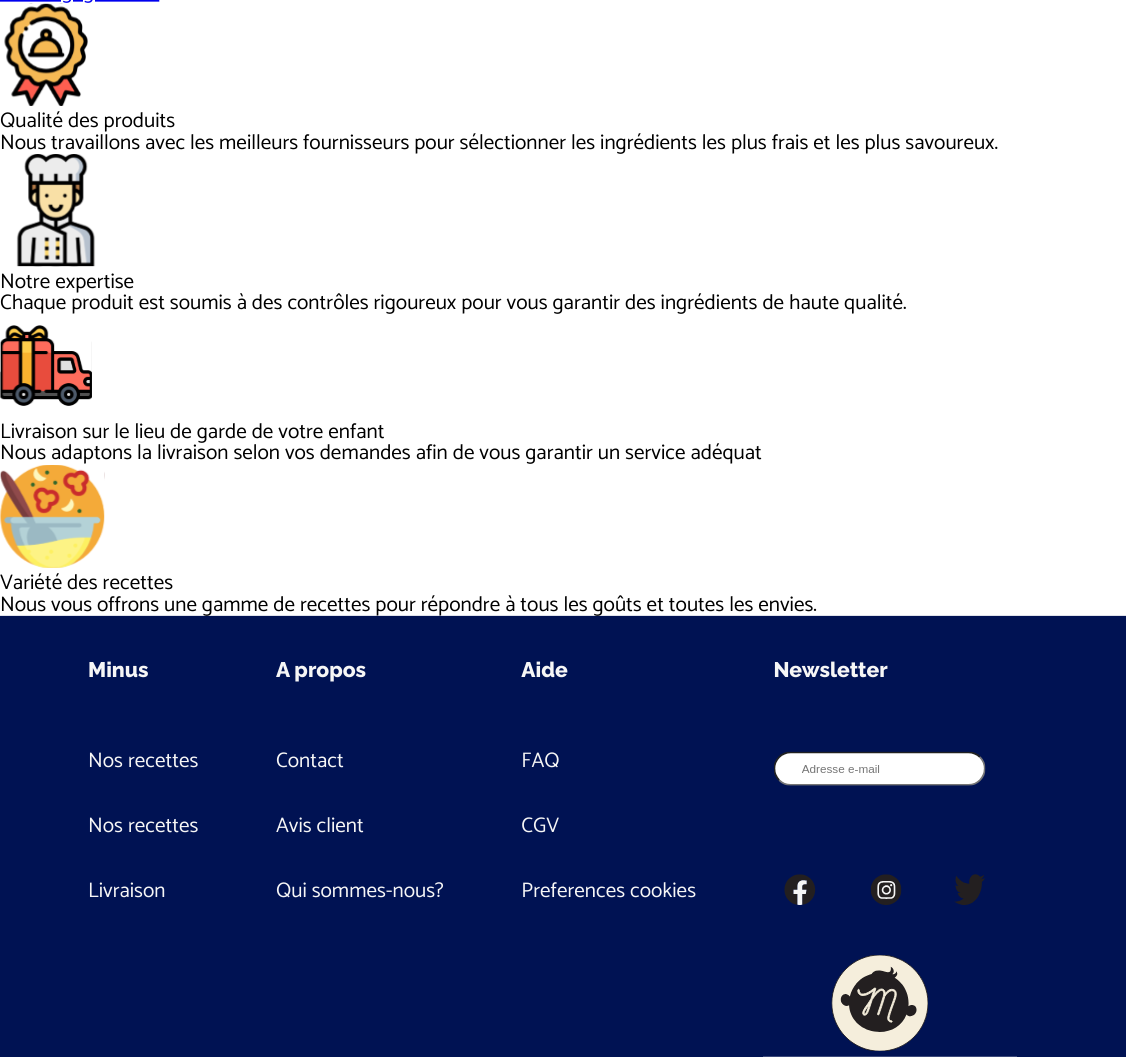
Repository: minus-team7/minus_team7
Page: minus_homepage.html
An editor plug-in stored every save of this project. The page is shown before and after a run of saves, followed by the edit.
The browser window is 1280 px wide. The pictures show the part of the page from y = 326 to 1527 px (the page is 1527 px tall before and 1098 px after), at 88% of full size.
A picture or video elsewhere on the page could not be fetched, so the positions and the page height are approximate.

Above is the page before, as saved 2023-02-12 22:17:20.

### minus_homepage.html
<!DOCTYPE html>
<html lang="en">
<head>
    <meta charset="UTF-8">
    <meta http-equiv="X-UA-Compatible" content="IE=edge">
    <meta name="viewport" content="width=device-width, initial-scale=1.0">
    <link rel="preconnect" href="https://fonts.googleapis.com">
    <link rel="preconnect" href="https://fonts.gstatic.com" crossorigin>
    <link href="https://fonts.googleapis.com/css2?family=Catamaran:wght@100;200;300;400;500;700&family=Raleway:ital,wght@0,100;0,400;0,600;0,800;1,100&display=swap" rel="stylesheet">
    <link rel="stylesheet" href="reset.css">
    <link rel="stylesheet" href="minus_homepage.css">
    <title>Document</title>

</head>
<body>

    <div class="box">
        <img src="/assets/homepage_boxminus.svg" alt="homepage_boxminus">
    </div>

    <div class="bouton">
        <a href="#">Nos engagements</a>
    </div>
    <section class="nos-engagements">

        <div class="engagement">
            <img src="/assets/engagement_icone_qualite_produits.svg" alt="engagement_icone_qualite_produits">
            <h2>Qualité des produits</h2>
            <p>Nous travaillons avec les meilleurs fournisseurs pour sélectionner les ingrédients les plus frais et les plus savoureux.</p>
        </div>

        <div class="engagement">
            <img src="/assets/icone_notreexpertise_chef.svg" alt="icone_notreexpertise_chef">
            <h2>Notre expertise</h2>
            <p>Chaque produit est soumis à des contrôles rigoureux pour vous garantir des ingrédients de haute qualité.</p>
        </div>

        <div class="engagement">
            <img src="/assets/icone_livraison_camion.svg" alt="icone_livraison_camion">
            <h2>Livraison sur le lieu de garde de votre enfant</h2>
            <p>Nous adaptons la livraison selon vos demandes afin de vous garantir un service adéquat</p>
        </div>

        <div class="engagement">
            <img src="/assets/icone_varietes_recettes_bolcuisine.svg" alt="icone_varietes_recettes_bolcuisine">
            <h2>Variété des recettes</h2>
            <p> Nous vous offrons une gamme de recettes pour répondre à tous les goûts et toutes les envies.</p>
        </div>

    </section>

    <!-- footer  -->
    <div class="footer">
        <ul>
            <li class="titre-footer">Minus</li>
            <li><a href="#"> Nos recettes</a></li>
            <li><a href="#"> Nos recettes</a></li>
            <li><a href="#"> Livraison</a></li>
        </ul>
        <ul>
            <li class="titre-footer">A propos</li>
            <li><a href="#"> Contact</a></li>
            <li><a href="#"> Avis client</a></li>
            <li><a href="#"> Qui sommes-nous?</a></li>
        </ul>
        <ul>
            <li class="titre-footer">Aide</li>
            <li><a href="#"> FAQ</a></li>
            <li><a href="#"> CGV</a></li>
            <li><a href="#"> Preferences cookies</a></li>
        </ul>
        <ul>
            <li class="titre-footer">Newsletter</li>
            <li>
                <input class="newsletter" type="text" placeholder="Adresse e-mail">
            </li>
            <li>
                <ul class="reseaux-sociaux">
                    <li><a href="#"><img src="/assets/logo_facebook.svg" alt="fb"></a></li>
                    <li><a href="#"><img src="/assets/logo_instagram.svg" alt="insta"></a></li>
                    <li><a href="#"><img src="/assets/logo_twitter.svg" alt="twitter"></a></li>
                </ul>
            </li>
            <li class="logo-minus-footer"><a href="#"> <img src="/assets/Logo_minus_rondtête.svg" alt="logo-minus-footer"></a></li>

        </ul>


    </div>
</body>
</html>

### minus_homepage.css
/* footerr */
body{
    font-family: 'catamaran',sans-serif;
    font-size: 24px;
}




.footer{

    display: flex;
    flex-direction: row;
    justify-content: space-between;
    background-color:  #001253;
    color: #f6f6f6;
    padding: 0 100px;
    flex-wrap: wrap;
}

.footer ul{
    list-style-type: none;
    margin-right: 60px;

}

.footer ul li{
    margin-top: 50px;
}
.footer a{
    text-decoration: none;
    color: #f6f6f6;
}
.footer a:hover{
    text-decoration:underline;
    color: #E14D2A;
}
.titre-footer{
    font-weight: bold;
    margin-bottom: 80px;
    font-family: 'raleway',sans-serif;

}
.newsletter{
    padding: 10px 30px;
    border-radius: 20px
}
.reseaux-sociaux{
    width: 100%;
    display: flex;
    flex-direction: row;
    justify-content: space-between;
}
.logo-minus-footer{
    display: flex;
    justify-content: center;
}

Loaded but not shown: reset.css (common file)

After the next 4 saves:
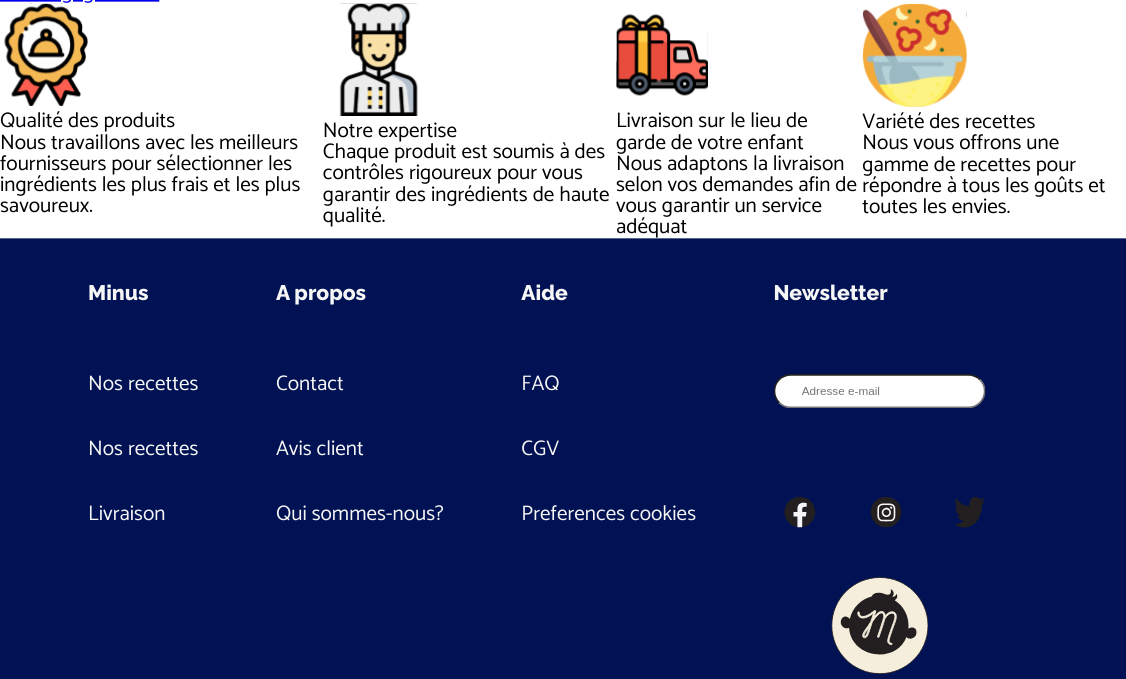
The 4 saves are shown as one change because they came seconds apart.
The last was saved 15 s later.
--- a/minus_homepage.css
+++ b/minus_homepage.css
@@ -4,7 +4,10 @@
     font-size: 24px;
 }
 
+.nos-engagements{
+    display: flex;
 
+}
 
 
 .footer{

After the 5 saves that followed:
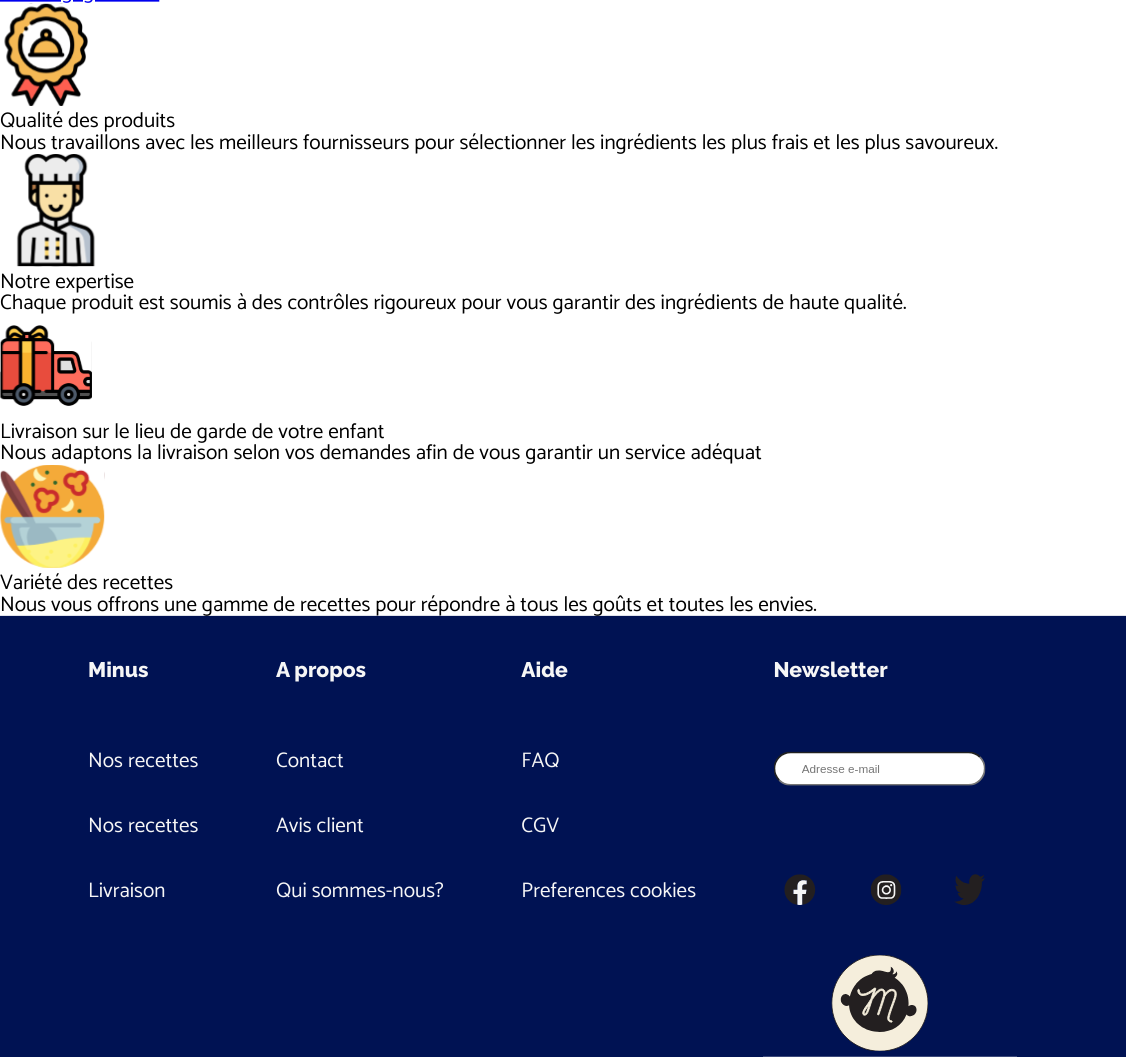
The 5 saves are shown as one change because they came seconds apart.
The last was saved 15 s later.
--- a/minus_homepage.css
+++ b/minus_homepage.css
@@ -6,7 +6,8 @@
 
 .nos-engagements{
     display: flex;
-
+    flex-direction: row;
+    flex-wrap: wrap;
 }
 
 
